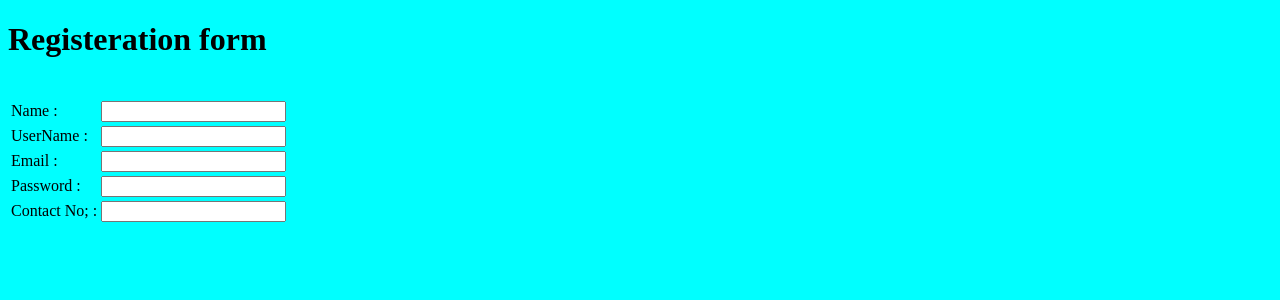
Repository: Vkrishna9135/JSP-2ND-TIME
Page: SERVLETS_FOLDER/Register_Loginvalidation/src/main/webapp/Registeration.html
An editor plug-in stored every save of this project. The page is shown before and after the next save, followed by the edit.
The browser window is 1280 px wide. The pictures show the whole page.

Above is the page before, as saved 2023-04-11 16:28:34.

### SERVLETS_FOLDER/Register_Loginvalidation/src/main/webapp/Registeration.html
<!DOCTYPE html>
<html>
<meta charset="UTF-8">
<body bgcolor='cyan'>
<div>
        <form action="fs">
            <table>
                <h1>Registeration form</h1>
               <tr>
                <td><label for="">Name :</label></td>
                <td><input type="text" name="nm"></td>
               </tr><br>

               <tr>
                <td><label for="">UserName :</label></td>
                <td><input type="text" name="unm"></td>
               </tr>

               <tr>
                <td><label for="">Email :</label></td>
                <td><input type="email" name="eml"></td>
               </tr>

               <tr>
                <td><label for="">Password :</label></td>
                <td><input type="password" name="pw"></td>
               </tr>

               <tr>
                <td><label for="">Contact No; :</label></td>
                <td><input type="number" name="cn"></td>
               </tr>

            </table>
        </form>

    </div>

</body>
</html>

After the next save:
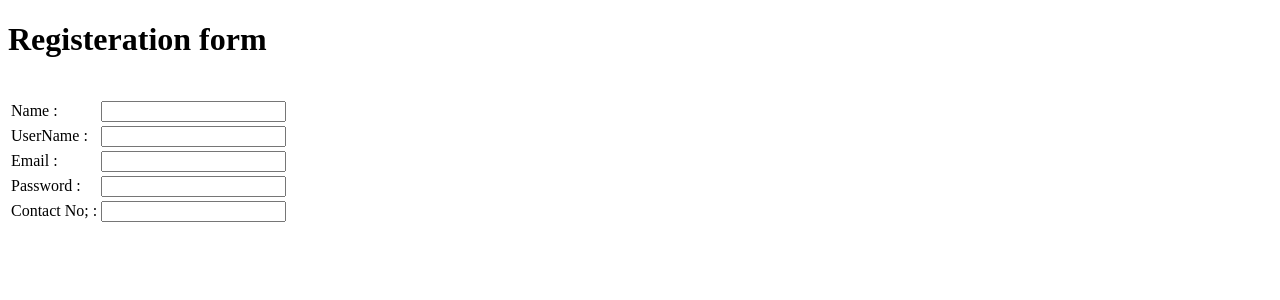
Saved 85 s later.
--- a/SERVLETS_FOLDER/Register_Loginvalidation/src/main/webapp/Registeration.html
+++ b/SERVLETS_FOLDER/Register_Loginvalidation/src/main/webapp/Registeration.html
@@ -1,8 +1,8 @@
 <!DOCTYPE html>
 <html>
 <meta charset="UTF-8">
-<body bgcolor='cyan'>
-<div>
+<body>
+<div bgcolor='cyan'>
         <form action="fs">
             <table>
                 <h1>Registeration form</h1>
